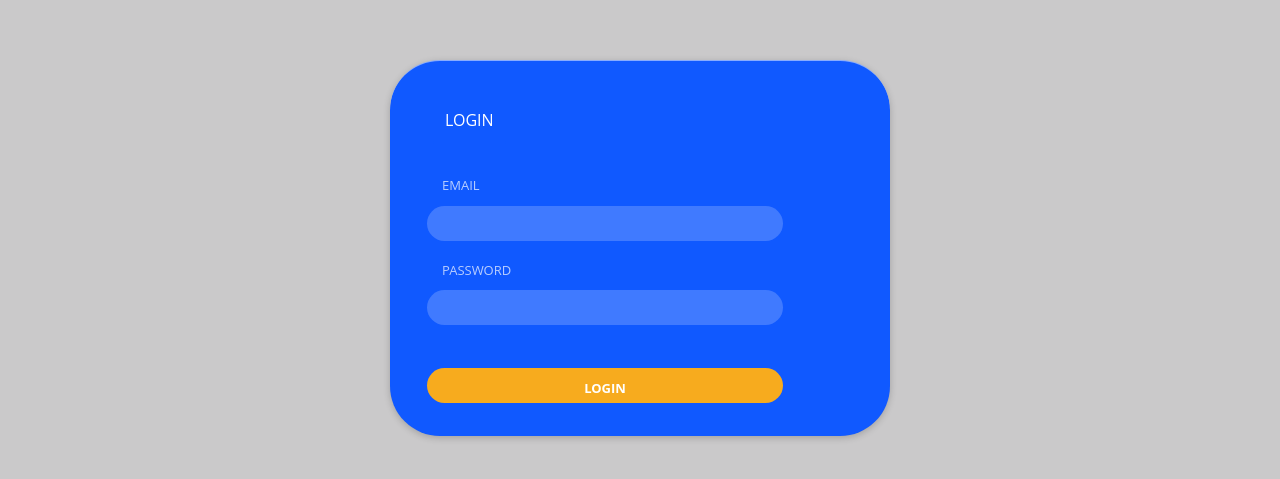
Repository: Yassin-Boushi/Safer
Page: http://localhost/login
The author's editor kept a copy of each file at every save. The page is drawn from the files as they stood at one save, then again after the next save.
The browser window is 1280 px wide. The pictures show the whole page.
The page is served by the project's Laravel application, run on PHP 8.4 with Laravel 9. Other server files are loaded and not shown.

Above is the page before, as saved 2025-01-30 11:01:56.

### routes/web.php
<?php

use App\Http\Controllers\AccountController;
use App\Http\Controllers\FlightController;
use App\Http\Controllers\TicketController;
use Illuminate\Support\Facades\Route;

/*
|--------------------------------------------------------------------------
| Web Routes
|--------------------------------------------------------------------------
|
| Here is where you can register web routes for your application. These
| routes are loaded by the RouteServiceProvider within a group which
| contains the "web" middleware group. Now create something great!
|
*/

Route::get('/', function () {
    return redirect('flights');
});

Route::view('login', 'login');
Route::view('add_flight', 'flight.add');

////////////////////////// account
Route::post('account/login', [AccountController::class, 'login']);
Route::get('account/logout', [AccountController::class, 'logout']);

////////////////////////////// flight
Route::resource('flights', FlightController::class);
Route::get('flight/edit/{id}', [FlightController::class, 'edit']);
Route::post('flight/update/{id}', [FlightController::class, 'update']);
Route::get('flight/destroy/{id}', [FlightController::class, 'destroy']);


////////////////////////////// ticket
Route::resource('tickets', TicketController::class);
Route::post('ticket/add/{flight_id}', [TicketController::class, 'store']);
Route::get('ticket/edit/{id}', [TicketController::class, 'edit']);
// Route::get('ticket/update/{id}', [TicketController::class, 'update']);
Route::get('ticket/destroy/{id}', [TicketController::class, 'destroy']);

### resources/views/login.blade.php
<link href="/css/bootstrap.min.css" rel="stylesheet">
    <link rel="stylesheet" href="/css/add.css">
<div class="container">
    <div class="frame h-auto">
        <div class="nav">
            <ul class="links">
                <li class="signin-active"><a class="btn">login </a></li>
            </ul>
        </div>
        <div ng-app ng-init="checked = false">

            <form class="form-signin" action="account/login" method="post" enctype="multipart/form-data" >
            @csrf
             <label for="email">email</label>
             <input class="form-styling" type="text" name="email" placeholder="" />
             <label for="password">password </label> <input class="form-styling" type="password" name="password" placeholder="" />
           <br>
            <input type="submit" style="background-color: rgb(247, 171, 30) " class=" btn-signup " value="login">



            </form>

<script src="/js/bootstrap.bundle.min.js"></script>
    <script src="/js/all.min.js"></script>

### public/css/add.css

html,
body * {
    box-sizing: border-box;
    font-family: 'Open Sans', sans-serif
}

body {
    background-color: #cac9ca;
   background-size: cover
}

.container {
    width: 100%;
    padding-top: 60px;
    padding-bottom: 100px
}

.frame {
    height: 700px;
    width: 500px;
    background-color: #1059FF;
    background-size: cover;
    margin-left: auto;
    margin-right: auto;
    border-top: solid 1px rgba(255, 255, 255, .5);
    border-radius: 5px;
    box-shadow: 0px 2px 7px rgba(0, 0, 0, 0.2);
    border-radius: 50px;
    transition: all .5s ease
}

.frame-long {
    height: 615px
}

.frame-short {
    /* height: 400px;  */
    margin-top: 50px;
    box-shadow: 0px 2px 7px rgba(0, 0, 0, 0.1)
}

.nav {
    width: 100%;
    height: 100px;
    padding-top: 40px;
    opacity: 1;
    transition: all .5s ease
}

.nav-up {
    transform: translateY(-100px);
    opacity: 0
}

li {
    padding-left: 10px;
    font-size: 18px;
    display: inline;
    text-align: left;
    text-transform: uppercase;
    padding-right: 10px;
    color: #ffffff
}

.signin-active a {
    padding-bottom: 10px;
    color: #ffffff;
    text-decoration: none;
    border-bottom: solid 2px #1059FF;
    transition: all .25s ease;
    cursor: pointer
}

.signin-inactive a {
    padding-bottom: 0;
    color: rgba(255, 255, 255, .3);
    text-decoration: none;
    border-bottom: none;
    cursor: pointer
}

.signup-active a {
    cursor: pointer;
    color: #ffffff;
    text-decoration: none;
    border-bottom: solid 1px #1059FF;
    padding-bottom: 10px
}

.signup-inactive a {
    cursor: pointer;
    color: rgba(255, 255, 255, .3);
    text-decoration: none;
    transition: all .25s ease
}

.form-signin {
    width: 430px;
    height: 275px;
    font-size: 16px;
    font-weight: 300;
    padding-left: 37px;
padding-right: 37px;
    padding-top: 15px;
    transition: opacity .5s ease, transform .5s ease
}

.form-signin-left {
    transform: translateX(-400px);
    opacity: .0
}

.form-signup {
    width: 430px;
    height: 375px;
    font-size: 12px;
    font-weight: 300;
    padding-left: 37px;
    padding-right: 37px;
    padding-top: 55px;
    position: relative;
    top: -375px;
    left: 400px;
    opacity: 0;
    transition: all .5s ease
}

.form-signup-left {
    transform: translateX(-399px);
    opacity: 1
}

.form-signup-down {
    top: 0px;
    opacity: 0
}

.success {
    width: 80%;
    height: 150px;
    text-align: center;
    position: relative;
    top: -890px;
    left: 450px;
    opacity: .0;
    transition: all .8s .4s ease
}

.success-left {
    transform: translateX(-406px);
    opacity: 1
}

.successtext {
    color: #ffffff;
    font-size: 16px;
    font-weight: 300;
    margin-top: -35px;
    padding-left: 37px;
    padding-right: 37px
}

#check path {
    stroke: #ffffff;
    stroke-linecap: round;
    stroke-linejoin: round;
    stroke-width: .85px;
    stroke-dasharray: 60px 300px;
    stroke-dashoffset: -166px;
    fill: rgba(255, 255, 255, .0);
    transition: stroke-dashoffset 2s ease .5s, fill 1.5s ease 1.0s
}

#check.checked path {
    stroke-dashoffset: 33px;
    fill: rgba(255, 255, 255, .03)
}

.form-signin input,
.form-signup input {
    color: #ffffff;
    font-size: 13px
}

.form-styling {
    width: 100%;
    height: 35px;
    padding-left: 15px;
    border: none;
    border-radius: 20px;
    margin-bottom: 20px;
    background: rgba(255, 255, 255, .2)
}

label {
    font-weight: 400;
    text-transform: uppercase;
    font-size: 13px;
    padding-left: 15px;
    padding-bottom: 10px;
    color: rgba(255, 255, 255, .7);
    display: block
}

:focus {
    outline: none
}

.form-signin input:focus,
textarea:focus,
.form-signup input:focus,
textarea:focus {
    background: rgba(255, 255, 255, .3);
    border: none;
    padding-right: 40px;
    transition: background .5s ease
}


/* [type="checkbox"]:not(:checked),
[type="checkbox"]:checked {
    position: absolute;
    display: none
}

[type="checkbox"]:not(:checked)+label,
[type="checkbox"]:checked+label {
    position: relative;
    padding-left: 85px;
    padding-top: 2px;
    cursor: pointer;
    margin-top: 8px
}

[type="checkbox"]:not(:checked)+label:before,
[type="checkbox"]:checked+label:before,
[type="checkbox"]:not(:checked)+label:after,
[type="checkbox"]:checked+label:after {
    content: '';
    position: absolute
}

[type="checkbox"]:not(:checked)+label:before,
[type="checkbox"]:checked+label:before {
    width: 65px;
    height: 30px;
    background: rgba(255, 255, 255, .2);
    border-radius: 15px;
    left: 0;
    top: -3px;
    transition: all .2s ease
}

[type="checkbox"]:not(:checked)+label:after,
[type="checkbox"]:checked+label:after {
    width: 10px;
    height: 10px;
    background: rgba(255, 255, 255, .7);
    border-radius: 50%;
    top: 7px;
    left: 10px;
    transition: all .2s ease
}

[type="checkbox"]:checked+label:before {
    background: #0F4FE6
}

[type="checkbox"]:checked+label:after {
    background: #ffffff;
    top: 7px;
    left: 45px
}

[type="checkbox"]:checked+label .ui,
[type="checkbox"]:not(:checked)+label .ui:before,
[type="checkbox"]:checked+label .ui:after {
    position: absolute;
    left: 6px;
    width: 65px;
    border-radius: 15px;
    font-size: 14px;
    font-weight: bold;
    line-height: 22px;
    transition: all .2s ease
}

[type="checkbox"]:not(:checked)+label .ui:before {
    content: "no";
    left: 32px;


color: rgba(255, 255, 255, .7)
}

[type="checkbox"]:checked+label .ui:after {
    content: "yes";
    color: #ffffff
}

[type="checkbox"]:focus+label:before {
    box-sizing: border-box;
    margin-top: -1px
}  */

.btn-signup {
    float: left;
    font-weight: 700;
    text-transform: uppercase;
    font-size: 13px;
    text-align: center;
    color: #ffffff;
    padding-top: 8px;
    width: 100%;
    height: 35px;
    border: none;
    border-radius: 20px;
    margin-top: 23px;
    background-color: #1059FF
}

.btn-signin {
    float: left;
    padding-top: 8px;
    width: 100%;
    height: 35px;
    border: none;
    border-radius: 20px;
    margin-top: -8px
}

.btn-animate {
    float: left;
    font-weight: 700;
    text-transform: uppercase;
    font-size: 13px;
    text-align: center;
    color: rgba(255, 255, 255, 1);
    padding-top: 8px;
    width: 100%;
    height: 35px;
    border: none;
    border-radius: 20px;
    margin-top: 23px;
    background-color: rgba(16, 89, 255, 1);
    left: 0px;
    top: 0px;
    transition: all .5s ease, top .5s ease .5s, height .5s ease .5s, background-color .5s ease .75s
}

.btn-animate-grow {
    width: 130%;
    height: 625px;
    position: relative;
    left: -55px;
    top: -420px;
    color: rgba(255, 255, 255, 0);
    background-color: rgba(255, 255, 255, 1)
}

a.btn-signup:hover,
a.btn-signin:hover {
    cursor: pointer;
    background-color: #0F4FE6;
    transition: background-color .5s
}

.forgot {
    height: 100px;
    width: 80%;
    margin-left: auto;
    margin-right: auto;
    text-align: center;
    padding-top: 24px;
    margin-top: -535px;
    border-top: solid 1px rgba(255, 255, 255, .3);
    transition: all 0.5s ease
}

.forgot-left {
    transform: translateX(-400px);
    opacity: 0
}

.forgot-fade {
    opacity: 0
}

 a {
   color: rgb(50, 2, 85);
    font-weight: 400;
    font-size: 20px;
    text-decoration: none
}

.welcome {
    width: 100%;
    height: 50px;
    position: relative;
    color: rgba(35, 43, 85, 0.75);
    opacity: 0;
    transition: transform 1.5s ease .25s, opacity .1s ease 1s
}

.welcome-left {
    transform: translateY(-780px);
    opacity: 1
}

.cover-photo {
    height: 150px;
    position: relative;
    left: 0px;
    top: -900px;
    background: linear-gradient(rgba(35, 43, 85, 0.75), rgba(35, 43, 85, 0.95)), url(https://img.icons8.com/bubbles/100/000000/user.png);
    background-size: cover;
    opacity: 0;
    transition: all 1.5s ease 0.55s
}

.cover-photo-down {
    top: -575px;
    opacity: 1
}

.profile-photo {
    height: 125px;
    width: 125px;
    position: relative;
    border-radius: 70px;
    left: 155px;
    top: -1000px;
    background: url(https://img.icons8.com/bubbles/100/000000/user.png);
    background-size: 100% 135%;
    background-position: 100% 100%;
    opacity: 0;
    transition: top 1.5s ease 0.35s, opacity .75s ease .5s;
    border: solid 3px #ffffff
}

.profile-photo-down {
    top: -636px;
    opacity: 1
}

h1 {
    color: #ffffff;
    font-size: 35px;
    font-weight: 300;
    text-align: center
}

.btn-goback {
    position: relative;
    margin-right: auto;
    top: -400px;
    float: left;
    padding: 8px;
    width: 83%;
    margin-left: 37px;
    margin-right: 37px;
    height: 35px;
    border-radius: 20px;
    font-weight: 700;
    text-transform: uppercase;
    font-size: 13px;
    text-align: center;
    color: #1059FF;
    margin-top: -8px;
    border: solid 1px #1059FF;
    opacity: 0;
    transition: top 1.5s ease 0.35s, opacity .75s ease .5s
}

.btn-goback-up {
    top: -1080px;
    opacity: 1

}

a.btn-goback:hover {
    cursor: pointer;
    background-color: #0F4FE6;
    transition: all .5s;
    color: #ffffff
}

#refresh {
    position: fixed;
    bottom: 20px;
    right: 20px;
    background-color: #ffffff;
    width: 50px;
    height: 50px;
    border-radius: 25px;
    box-shadow: 0px 2px 7px rgba(0, 0, 0, 0.1);
    padding: 13px 0 0 13px
}

.refreshicon {
    fill: #d3d3d3;
    transform: rotate(0deg);
    transition: fill .25s ease, transform .25s ease
}

.refreshicon:hover {
    cursor: pointer;
    fill: #1059FF;
    transform: rotate(180deg)
}

### resources/views/components/nav.blade.php
<link rel="stylesheet" href="/css/flight.css">

            <nav class="navbar">
                    <ul >
                        <div class="titles">
                            <li><a href="/flights">الرحلات</a></li>
                            @if (auth()->user() != null && auth()->user()->is_employee == 1)
                            <li><a href="/add_flight">اضافة رحلة</a></li>
                            @endif
                            <li><a href="/tickets">الحجوزات</a></li>

                        </div>
                        @if (auth()->user() != null)
                        <div class="account">
                            <h4>{{auth()->user()->user_name}}</h4>
                            <li><a href="/account/logout" style="color:white ;font-size:20px">logout</a></li>

                        </div>
                        @else
                        <li><a href="login" style="color:white ;font-size:20px">login</a></li>
                        @endif
                    </ul>

                </nav>

### public/css/flight.css

* {
    direction: rtl;
    margin: 0;
    padding: 0;
    box-sizing: border-box;
}

body {
    font-family: 'Cairo', sans-serif;
    display: flex;
    flex-direction: column;
    min-height: 100vh;
    margin: 0;
    background-image: url("/back.jpg");
    background-size: cover;
    color: #fff;
    text-align: center;
}

/* الشريط العلوي */
.navbar {
    backdrop-filter: blur(80px);
    padding: 15px 0;
    box-shadow: 0 4px 8px rgba(0, 0, 0, 0.1);
}

.navbar ul {
    list-style: none;
    margin: 0;
    padding: 0 30px;
    display: flex;
    justify-content: space-between;
    gap: 20px;


}
.navbar ul .titles , .navbar ul .account{
    display: flex;
    align-items: center;
    justify-content: start;
    gap: 20px;
}
.navbar ul .account{
    justify-content: end;
}

.navbar a {
    text-decoration: none;
    color: #fff;
    font-weight: bold;
    padding: 10px 20px;
    border-radius: 20px;
    transition: all 0.3s ease-in-out;
}

.navbar a:hover {
    background: rgba(255, 255, 255, 0.2);
    box-shadow: 0 5px 15px rgba(0, 0, 0, 0.2);
    transform: scale(1.1);
}

main {
    flex: 1;
    padding: 20px;
    display: flex;
    flex-direction: column;
    align-items: center;
    gap: 20px;
}

.flights-list {
    display: flex;
    justify-content: center;
    align-items: center;
    gap: 20px;
    width: calc(100vw - 80px);
    padding: 20px;
    margin: 20px;
}

.flight {
    background-color: #0077b6;
    color: #fff;
    border-radius: 15px;
    padding: 15px;
    box-shadow: 0 4px 12px rgba(0, 0, 0, 0.2);
    cursor: pointer;
    transition: transform 0.3s, box-shadow 0.3s;
    text-align: center;
}

.flight h3 {
    font-size: 20px;
    margin-bottom: 10px;
}

.flight p {
    font-size: 16px;
}

.flight:hover {
    transform: scale(1.1);
}





.content {
    background-color: #fff;
    color: #333;
    padding: 20px;
    border-radius: 15px;
    text-align: center;
    max-width: 300px;
}

.content .details{
    display: flex !important;
    align-items: center;
    justify-content: start;
    gap:30px;
}
.content .details .price{
    color: #0077b6;
    font-weight: bold;
}
.content .details div:first-child{
    min-width: 100px;
}


.form-add{
    background-color: white;
    color: #333;
    display: flex;
    flex-direction: column;
    justify-content: center;
    min-height: 300px;
    padding: 30px;
    border-radius: 40px ;
    gap: 20px;
    width: fit-content;
}
.form-add div{
    display: flex;
    justify-content: start;
    align-items: center;
    gap: 20px;
}
.form-add label{
    min-width: 100px;
}
.form-add input{
    height: 40px;
    border-radius: 30px;
    padding-right: 10px;
}
.actions-button{
    height: 50px;
    display: flex;
    justify-content: center;
    align-items: center;
    width: 100%;
}
.button {
    margin-top: 10px;
    padding: 12px 20px;
    background: #0077b6;
    color: #fff;
    text-decoration: none;
    border: none;
    border-radius: 25px;
    cursor: pointer;
    font-size: 16px;
    transition: all 0.3s ease-in-out;
}

.button.edit{
    background-color: rgb(225, 100, 22);
}
.button.delete{
    background-color: rgb(225, 22, 22);
}

button:hover {
    background: #005f8d;
    transform: scale(1.05);
}

Loaded but not shown: public/css/bootstrap.min.css (library)

After the next save:
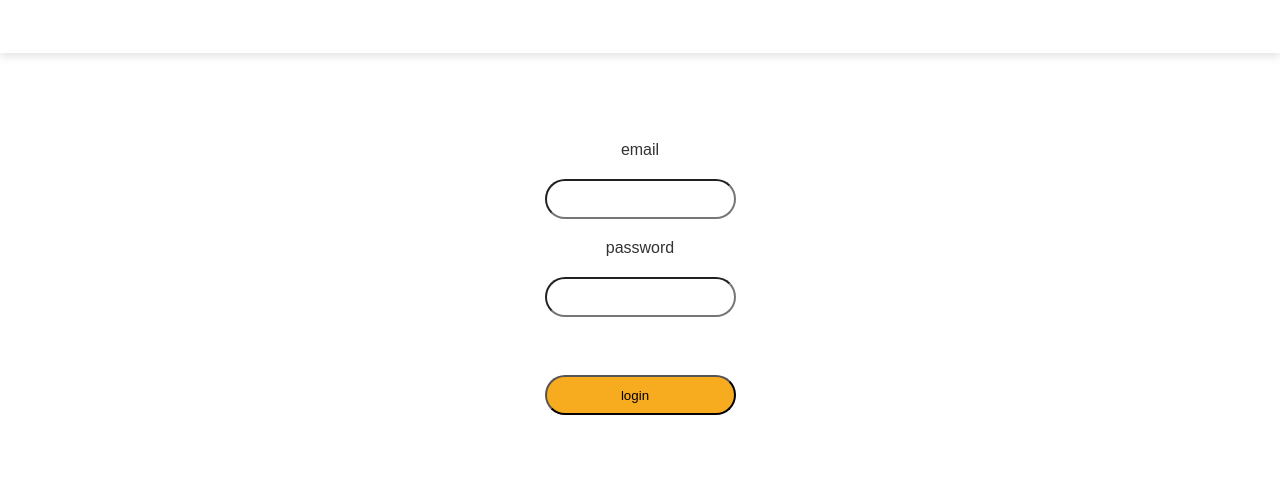
Saved 14 min 37 s later.
--- a/resources/views/login.blade.php
+++ b/resources/views/login.blade.php
@@ -1,15 +1,10 @@
-<link href="/css/bootstrap.min.css" rel="stylesheet">
-    <link rel="stylesheet" href="/css/add.css">
-<div class="container">
-    <div class="frame h-auto">
-        <div class="nav">
-            <ul class="links">
-                <li class="signin-active"><a class="btn">login </a></li>
-            </ul>
+<x-nav />
+<main>
+<div class="nav">
+                <div>LOGIN</div>
         </div>
-        <div ng-app ng-init="checked = false">
 
-            <form class="form-signin" action="account/login" method="post" enctype="multipart/form-data" >
+            <form class="form-add" action="account/login" method="post" enctype="multipart/form-data" >
             @csrf
              <label for="email">email</label>
              <input class="form-styling" type="text" name="email" placeholder="" />
@@ -21,5 +16,4 @@
 
             </form>
 
-<script src="/js/bootstrap.bundle.min.js"></script>
-    <script src="/js/all.min.js"></script>
+            </main>
